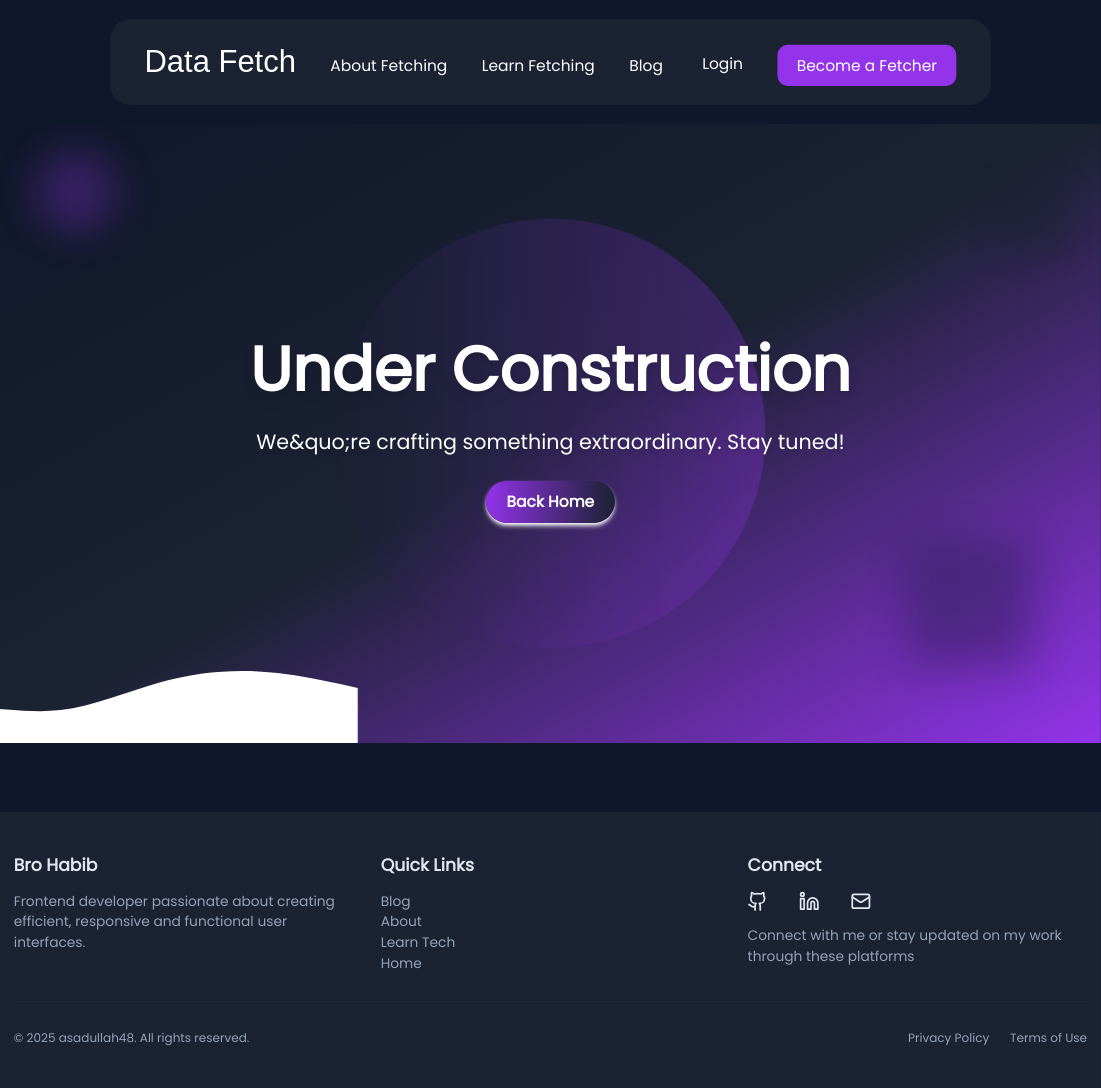
Repository: asadullah48/data-fetch
Page: /learnTech
The author's editor kept a copy of each file at every save. The page is drawn from the files as they stood at one save, then again after the next save.
The browser window is 1280 px wide. The pictures show the whole page, at 86% of full size.
Some web fonts or font styles are not loaded; a fallback is used. The project was rebuilt for these pictures with package versions that can differ from the ones it lists, and the page was loaded fresh each time. The framework's server and built-in components were replaced by stand-ins that run in the browser. Also part of the build but not shown: next.config.mjs.

Above is the page before, as saved 2025-01-15 13:55:15.

After the next save:
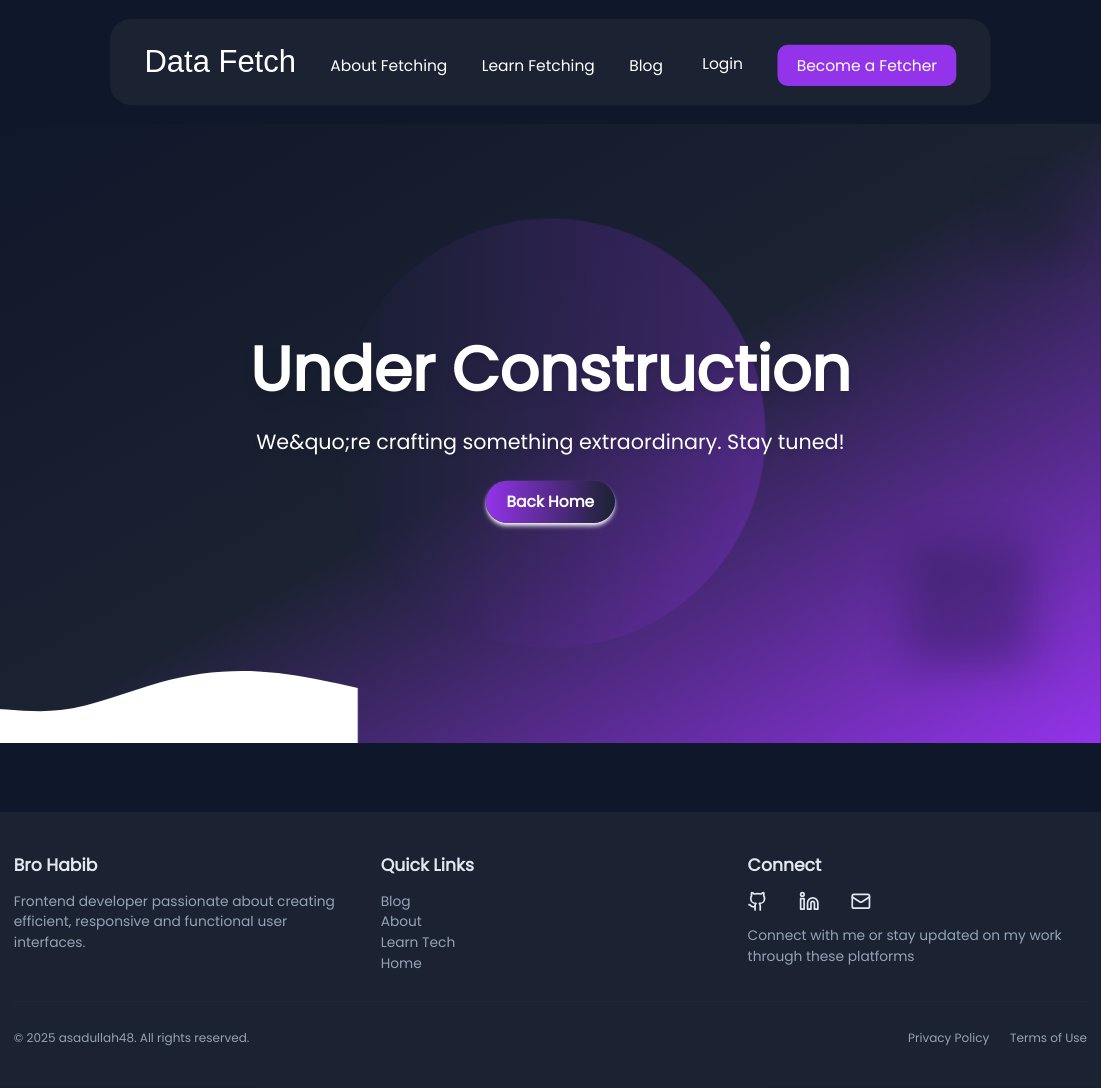
Saved 33 s later.
--- a/src/app/learnTech/page.tsx
+++ b/src/app/learnTech/page.tsx
@@ -11,7 +11,7 @@ export default function learnTechPage() {
 
             {/* Floating Animated Shapes */}
             <div className="absolute inset-0">
-                <div className="absolute top-10 left-10 w-24 h-24 bg-[#9333EA] rounded-full blur-xl opacity-30 animate-float" />
+                <div className="absolute top-10 left-10 w-24 h-24 bg-[#] rounded-full blur-xl opacity-30 animate-float" />
                 <div className="absolute bottom-20 right-20 w-36 h-36 bg-[#0f172a] rounded-lg blur-xl opacity-30 animate-float delay-2000" />
                 <div className="absolute top-20 right-10 w-20 h-20 bg-[#1b2232] rounded-lg blur-lg opacity-40 animate-float delay-4000" />
             </div>
